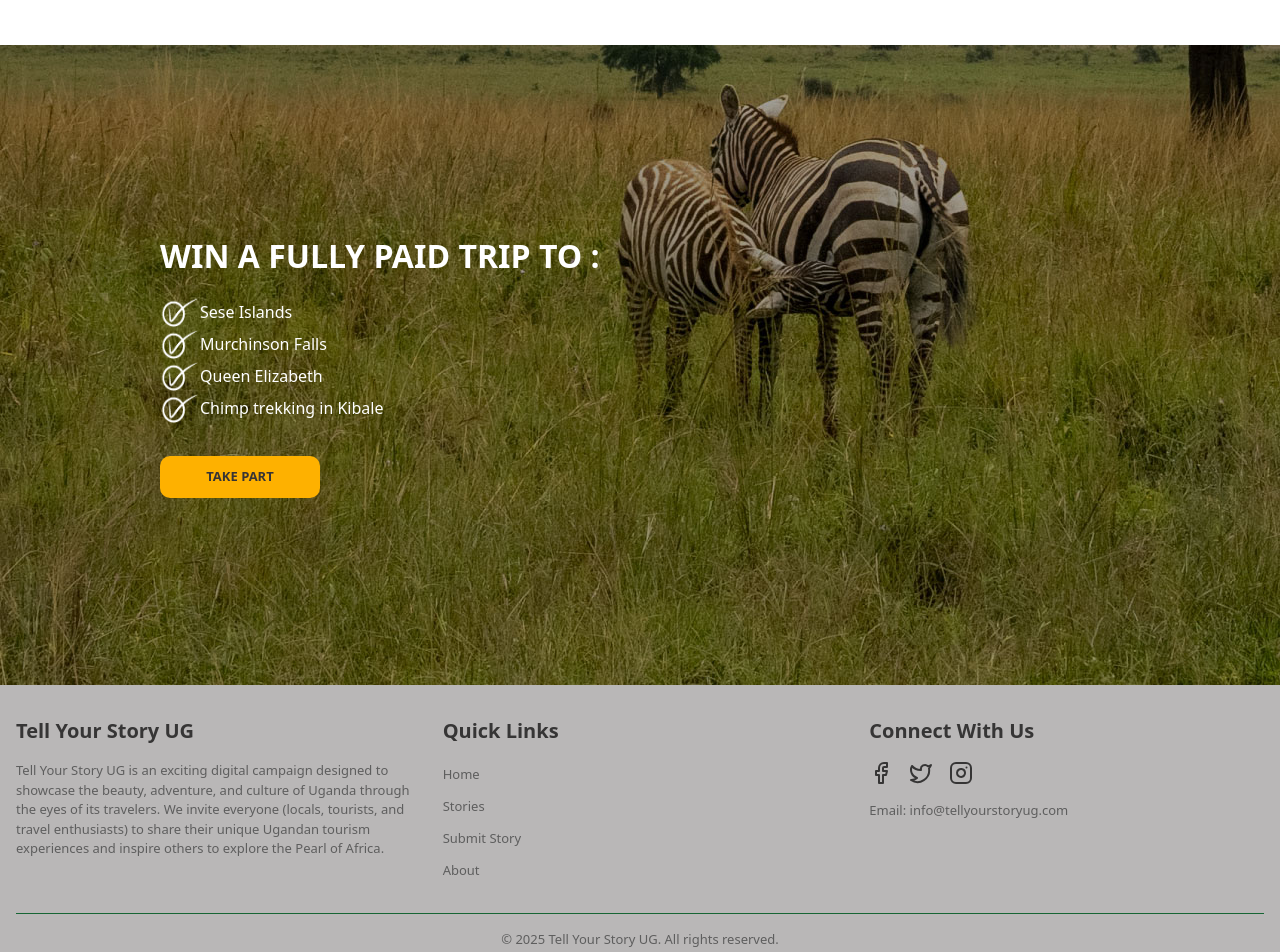
Repository: kaizoku010/take.part
Page: /
These files come from the project's save history. The page is drawn as it stood at one moment and after a run of saves; the edit follows.
The browser window is 1280 px wide. The pictures show the part of the page from y = 2606 to 3558 px (the page is 3588 px tall).
The pointer rests on the first visible `.take-part`.
Backgrounds fixed to the window are drawn as part of the page. The project was rebuilt for these pictures with package versions that can differ from the ones it lists, and the page was loaded fresh each time. Also part of the build but not shown: vite.config.ts, src/components/ui/tooltip.tsx, src/pages/About.tsx, src/components/ui/input.tsx, src/pages/Stories.tsx, src/pages/StoryDetail.tsx, src/components/ui/use-toast.ts, src/components/ui/label.tsx and 4 more.

Above is the page before, as saved 2025-04-14 15:38:02.

### index.html

<!DOCTYPE html>
<html lang="en">
  <head>
    <meta charset="UTF-8" />
    <meta name="viewport" content="width=device-width, initial-scale=1.0" />
    <title>TAKE PART</title>
    <meta name="description" content="Share your Ugandan tourism experiences and inspire others to explore the Pearl of Africa" />
    <meta name="author" content="muneza dixon" />

    <meta property="og:title" content="Tell Your Story UG - Explore Uganda" />
    <meta property="og:description" content="Share your Ugandan tourism experiences and inspire others to explore the Pearl of Africa" />

    <!-- Meta Pixel Code -->
    <script>
    !function(f,b,e,v,n,t,s)
    {if(f.fbq)return;n=f.fbq=function(){n.callMethod?
    n.callMethod.apply(n,arguments):n.queue.push(arguments)};
    if(!f._fbq)f._fbq=n;n.push=n;n.loaded=!0;n.version='2.0';
    n.queue=[];t=b.createElement(e);t.async=!0;
    t.src=v;s=b.getElementsByTagName(e)[0];
    s.parentNode.insertBefore(t,s)}(window, document,'script',
    'https://connect.facebook.net/en_US/fbevents.js');
    fbq('init', '1846327909352916');
    fbq('track', 'PageView');
    </script>
    <!-- End Meta Pixel Code -->
  </head>

  <body>
    <div id="root"></div>
    <!-- Facebook Pixel noscript -->
    <noscript><img height="1" width="1" style="display:none"
    src="https://www.facebook.com/tr?id=1846327909352916&ev=PageView&noscript=1"
    /></noscript>
    <!-- IMPORTANT: DO NOT REMOVE THIS SCRIPT TAG OR THIS VERY COMMENT! -->
    <script src="https://cdn.gpteng.co/gptengineer.js" type="module"></script>
    <script type="module" src="/src/main.tsx"></script>
  </body>
</html>

### src/App.tsx

import { Toaster } from "@/components/ui/toaster";
import { Toaster as Sonner } from "@/components/ui/sonner";
import { TooltipProvider } from "@/components/ui/tooltip";
import { QueryClient, QueryClientProvider } from "@tanstack/react-query";
import { BrowserRouter, Routes, Route } from "react-router-dom";
import Home from "./pages/Home";
import About from "./pages/About";
import Stories from "./pages/Stories";
import StoryDetail from "./pages/StoryDetail";
import SubmitStory from "./pages/SubmitStory";
import NotFound from "./pages/NotFound";
import "./mdx.css";
import "./mobile.css"

const queryClient = new QueryClient();

const App = () => (
  <QueryClientProvider client={queryClient}>
    <TooltipProvider>
      <Toaster />
      <Sonner />
      <BrowserRouter>
        <Routes>
          <Route path="/" element={<Home />} />
          <Route path="/about" element={<About />} />
          <Route path="/stories" element={<Stories />} />
          <Route path="/stories/:id" element={<StoryDetail />} />
          <Route path="/submit-story" element={<SubmitStory />} />
          {/* ADD ALL CUSTOM ROUTES ABOVE THE CATCH-ALL "*" ROUTE */}
          <Route path="*" element={<NotFound />} />
        </Routes>
      </BrowserRouter>
    </TooltipProvider>
  </QueryClientProvider>
);

export default App;

### src/index.css
@tailwind base;
@tailwind components;
@tailwind utilities;

@layer base {
  :root {
    --background: 0 0% 100%;
    --foreground: 222.2 84% 4.9%;

    --card: 0 0% 100%;
    --card-foreground: 222.2 84% 4.9%;

    --popover: 0 0% 100%;
    --popover-foreground: 222.2 84% 4.9%;

    /* Main Orange/Gold */
    --primary: 41.81 100% 49.8%;
    --primary-foreground: 210 40% 98%;

    /* Rust Red */
    --secondary: 5.38 63.88% 44.51%;
    --secondary-foreground: 210 40% 98%;

    /* Change accent to Rust Red */
    --accent: 5.38 63.88% 44.51%;
    --accent-foreground: 210 40% 98%;

    --muted: 210 40% 96.1%;
    --muted-foreground: 215.4 16.3% 46.9%;

    --destructive: 0 84.2% 60.2%;
    --destructive-foreground: 210 40% 98%;

    --border: 214.3 31.8% 91.4%;
    --input: 214.3 31.8% 91.4%;
    --ring: 5.38 63.88% 44.51%;  /* Changed to Rust Red */

    --radius: 0.5rem;

    --sidebar-background: 0 0% 98%;

    --sidebar-foreground: 240 5.3% 26.1%;

    --sidebar-primary: 240 5.9% 10%;

    --sidebar-primary-foreground: 0 0% 98%;

    --sidebar-accent: 240 4.8% 95.9%;

    --sidebar-accent-foreground: 240 5.9% 10%;

    --sidebar-border: 220 13% 91%;

    --sidebar-ring: 217.2 91.2% 59.8%;
  }

  .dark {
    --background: 222.2 84% 4.9%;
    --foreground: 210 40% 98%;

    --card: 222.2 84% 4.9%;
    --card-foreground: 210 40% 98%;

    --popover: 222.2 84% 4.9%;
    --popover-foreground: 210 40% 98%;

    /* Main Orange/Gold */
    --primary: 41.81 100% 49.8%;
    --primary-foreground: 210 40% 98%;

    /* Rust Red */
    --secondary: 5.38 63.88% 44.51%;
    --secondary-foreground: 210 40% 98%;

    /* Change accent to Rust Red */
    --accent: 5.38 63.88% 44.51%;
    --accent-foreground: 210 40% 98%;

    --muted: 217.2 32.6% 17.5%;
    --muted-foreground: 215 20.2% 65.1%;

    --destructive: 0 62.8% 30.6%;
    --destructive-foreground: 210 40% 98%;

    --border: 217.2 32.6% 17.5%;
    --input: 217.2 32.6% 17.5%;
    --ring: 5.38 63.88% 44.51%;  /* Changed to Rust Red */
    --sidebar-background: 240 5.9% 10%;
    --sidebar-foreground: 240 4.8% 95.9%;
    --sidebar-primary: 224.3 76.3% 48%;
    --sidebar-primary-foreground: 0 0% 100%;
    --sidebar-accent: 240 3.7% 15.9%;
    --sidebar-accent-foreground: 240 4.8% 95.9%;
    --sidebar-border: 240 3.7% 15.9%;
    --sidebar-ring: 217.2 91.2% 59.8%;
  }
}

@layer base {
  * {
    @apply border-border;
  }

  body {
    @apply bg-background text-foreground;
  }
}

### src/components/ui/toaster.tsx
import { useToast } from "@/hooks/use-toast"
import {
  Toast,
  ToastClose,
  ToastDescription,
  ToastProvider,
  ToastTitle,
  ToastViewport,
} from "@/components/ui/toast"

export function Toaster() {
  const { toasts } = useToast()

  return (
    <ToastProvider>
      {toasts.map(function ({ id, title, description, action, ...props }) {
        return (
          <Toast key={id} {...props}>
            <div className="grid gap-1">
              {title && <ToastTitle>{title}</ToastTitle>}
              {description && (
                <ToastDescription>{description}</ToastDescription>
              )}
            </div>
            {action}
            <ToastClose />
          </Toast>
        )
      })}
      <ToastViewport />
    </ToastProvider>
  )
}

### src/components/ui/sonner.tsx
import { useTheme } from "next-themes"
import { Toaster as Sonner, toast } from "sonner"

type ToasterProps = React.ComponentProps<typeof Sonner>

const Toaster = ({ ...props }: ToasterProps) => {
  const { theme = "system" } = useTheme()

  return (
    <Sonner
      theme={theme as ToasterProps["theme"]}
      className="toaster group"
      toastOptions={{
        classNames: {
          toast:
            "group toast group-[.toaster]:bg-background group-[.toaster]:text-foreground group-[.toaster]:border-border group-[.toaster]:shadow-lg",
          description: "group-[.toast]:text-muted-foreground",
          actionButton:
            "group-[.toast]:bg-primary group-[.toast]:text-primary-foreground",
          cancelButton:
            "group-[.toast]:bg-muted group-[.toast]:text-muted-foreground",
        },
      }}
      {...props}
    />
  )
}

export { Toaster, toast }

### src/mdx.css
/* #hero-text{
    font-size: medium !important;
} */

#logo{
    width: 6rem !important;
}

#link{
    font-weight: 500;
color:rgba(0, 0, 0, 0.658) !important;
}


.bg-green-800{
    background-color: #ba3629 !important;
}

.bg-yellow-800{
    background-color: rgb(254, 177, 0) !important;
}

.bg-green-900 {
    color: rgb(54, 53, 53) !important;
background-color: rgb(185, 183, 183) !important;
}


.text-green-800 {
    --tw-text-opacity: 1;
    color: rgb(43 49 45) !important;
}


.text-gray-hound{
    font-size: small;
    color: rgb(94, 94, 94) !important;
}


#carousel-section{
    padding-top: 5rem;
    padding-bottom: 5rem;
    background-color: #feb100 !important;
}

.bg-background {
    background-color: #212120 !important;
}

#prizes-section{
    height: 40rem !important;
    display: flex;
    padding-left: 10rem;
    background-position: bottom;
    background-attachment: fixed;
    width: 100%;
    background-image: url("../src/media/zebs.jpg");
}


.content-prizes{
display: flex;
/* background-color: red; */
width: 100%;
flex-direction: column;
justify-content: center;
}

.content-prizes-2{
display: flex;
background-color: transparent;
width: 100%;
flex-direction: column;
}

.win-title{

    font-weight: 800;
    font-size: 2rem;
    margin-bottom: 1rem;
    color: white;
}

.prize{
    display: flex;

    /* margin-bottom: 1rem; */
    font-weight: 200;
    /* font-size: 2rem; */
    align-items: center;
    color: white;
}

.prize img{
    width: 2.5rem;
    height: 2rem;
}


.take-part{
    background-color: #feb100;
    color: rgb(54, 52, 52);
    padding: 0.7rem;
    margin-top: 2rem;
    width: 10rem;
    font-weight: bold;
    font-size: small;
    border-radius: 10px;

}

.take-part:hover{
    color
background-color: #ba3629 !important;
}

### src/components/ui/button.tsx
import * as React from "react"
import { Slot } from "@radix-ui/react-slot"
import { cva, type VariantProps } from "class-variance-authority"

import { cn } from "@/lib/utils"

const buttonVariants = cva(
  "inline-flex items-center justify-center gap-2 whitespace-nowrap rounded-md text-sm font-medium ring-offset-background transition-colors focus-visible:outline-none focus-visible:ring-2 focus-visible:ring-ring focus-visible:ring-offset-2 disabled:pointer-events-none disabled:opacity-50 [&_svg]:pointer-events-none [&_svg]:size-4 [&_svg]:shrink-0",
  {
    variants: {
      variant: {
        default: "bg-primary text-primary-foreground hover:bg-primary/90",
        destructive:
          "bg-destructive text-destructive-foreground hover:bg-destructive/90",
        outline:
          "border border-input bg-background hover:bg-accent hover:text-accent-foreground",
        secondary:
          "bg-secondary text-secondary-foreground hover:bg-secondary/80",
        ghost: "hover:bg-accent hover:text-accent-foreground",
        link: "text-primary underline-offset-4 hover:underline",
      },
      size: {
        default: "h-10 px-4 py-2",
        sm: "h-9 rounded-md px-3",
        lg: "h-11 rounded-md px-8",
        icon: "h-10 w-10",
      },
    },
    defaultVariants: {
      variant: "default",
      size: "default",
    },
  }
)

export interface ButtonProps
  extends React.ButtonHTMLAttributes<HTMLButtonElement>,
    VariantProps<typeof buttonVariants> {
  asChild?: boolean
}

const Button = React.forwardRef<HTMLButtonElement, ButtonProps>(
  ({ className, variant, size, asChild = false, ...props }, ref) => {
    const Comp = asChild ? Slot : "button"
    return (
      <Comp
        className={cn(buttonVariants({ variant, size, className }))}
        ref={ref}
        {...props}
      />
    )
  }
)
Button.displayName = "Button"

export { Button, buttonVariants }

### src/components/ui/card.tsx
import * as React from "react"

import { cn } from "@/lib/utils"

const Card = React.forwardRef<
  HTMLDivElement,
  React.HTMLAttributes<HTMLDivElement>
>(({ className, ...props }, ref) => (
  <div
    ref={ref}
    className={cn(
      "rounded-lg border bg-card text-card-foreground shadow-sm",
      className
    )}
    {...props}
  />
))
Card.displayName = "Card"

const CardHeader = React.forwardRef<
  HTMLDivElement,
  React.HTMLAttributes<HTMLDivElement>
>(({ className, ...props }, ref) => (
  <div
    ref={ref}
    className={cn("flex flex-col space-y-1.5 p-6", className)}
    {...props}
  />
))
CardHeader.displayName = "CardHeader"

const CardTitle = React.forwardRef<
  HTMLParagraphElement,
  React.HTMLAttributes<HTMLHeadingElement>
>(({ className, ...props }, ref) => (
  <h3
    ref={ref}
    className={cn(
      "text-2xl font-semibold leading-none tracking-tight",
      className
    )}
    {...props}
  />
))
CardTitle.displayName = "CardTitle"

const CardDescription = React.forwardRef<
  HTMLParagraphElement,
  React.HTMLAttributes<HTMLParagraphElement>
>(({ className, ...props }, ref) => (
  <p
    ref={ref}
    className={cn("text-sm text-muted-foreground", className)}
    {...props}
  />
))
CardDescription.displayName = "CardDescription"

const CardContent = React.forwardRef<
  HTMLDivElement,
  React.HTMLAttributes<HTMLDivElement>
>(({ className, ...props }, ref) => (
  <div ref={ref} className={cn("p-6 pt-0", className)} {...props} />
))
CardContent.displayName = "CardContent"

const CardFooter = React.forwardRef<
  HTMLDivElement,
  React.HTMLAttributes<HTMLDivElement>
>(({ className, ...props }, ref) => (
  <div
    ref={ref}
    className={cn("flex items-center p-6 pt-0", className)}
    {...props}
  />
))
CardFooter.displayName = "CardFooter"

export { Card, CardHeader, CardFooter, CardTitle, CardDescription, CardContent }

### src/components/layout/Layout.tsx

import { ReactNode } from "react";
import Header from "./Header";
import Footer from "./Footer";

interface LayoutProps {
  children: ReactNode;
}

const Layout = ({ children }: LayoutProps) => {
  return (
    <div className="flex flex-col min-h-screen">
      <Header />
      <main className="flex-grow">
        {children}
      </main>
      <Footer />
    </div>
  );
};

export default Layout;

### src/components/layout/Header.tsx

import { useState } from "react";
import { Menu, X } from "lucide-react";
import { Link } from "react-router-dom";
import Logo from "../../media/logo.png";

const Header = () => {
  const [isMenuOpen, setIsMenuOpen] = useState(false);

  const toggleMenu = () => {
    setIsMenuOpen(!isMenuOpen);
  };

  return (
    <header className="text-white shadow-md">
      <div className="container mx-auto px-4">
        <div className="flex justify-between items-center">
          <Link to="/" className="text-2xl font-bold flex items-center gap-2">
            <img id="logo" src={Logo} alt="Logo" />
            {/* <span className="text-white">Tell Your Story</span> */}
          </Link>

          {/* Desktop Navigation */}
          <nav className="hidden md:flex space-x-8">
            <Link to="/" id="link" className="hover:text-yellow-400 transition-colors">Home</Link>
            <Link to="/stories" id="link" className="hover:text-yellow-400 transition-colors">Stories</Link>
            <Link to="/submit-story" id="link" className="hover:text-yellow-400 transition-colors">Submit Story</Link>
            <Link to="/about" id="link" className="hover:text-yellow-400 transition-colors">About</Link>
          </nav>

          {/* Mobile Menu Button */}
          <button
            onClick={toggleMenu}
            className="md:hidden text-white focus:outline-none"
          >
            {isMenuOpen ? <X size={24} /> : <Menu size={24} />}
          </button>
        </div>

        {/* Mobile Navigation */}
        {isMenuOpen && (
          <nav className="md:hidden pt-4 pb-2">
            <div className="flex flex-col space-y-3">
              <Link
                to="/"
                id="link"
                className="hover:text-yellow-400 transition-colors py-2"
                onClick={() => setIsMenuOpen(false)}
              >
                Home
              </Link>
              <Link
                to="/stories"
                id="link"
                className="hover:text-yellow-400 transition-colors py-2"
                onClick={() => setIsMenuOpen(false)}
              >
                Stories
              </Link>
              <Link
                to="/submit-story"
                id="link"
                className="hover:text-yellow-400 transition-colors py-2"
                onClick={() => setIsMenuOpen(false)}
              >
                Submit Story
              </Link>
              <Link
                to="/about"
                id="link"
                className="hover:text-yellow-400 transition-colors py-2"
                onClick={() => setIsMenuOpen(false)}
              >
                About
              </Link>
            </div>
          </nav>
        )}
      </div>
    </header>
  );
};

export default Header;

### src/components/layout/Footer.tsx

import { Facebook, Instagram, Twitter } from "lucide-react";
import { Link } from "react-router-dom";

const Footer = () => {
  return (
    <footer className="bg-green-900 text-white py-8">
      <div className="container mx-auto px-4">
        <div className="grid grid-cols-1 md:grid-cols-3 gap-8">
          <div>
            <h3 className="text-xl font-bold mb-4">Tell Your Story UG</h3>
            <p className="text-gray-300 text-gray-hound">
            Tell Your Story UG is an exciting digital campaign designed to showcase the beauty, adventure, and culture of Uganda through the eyes of its travelers. We invite everyone (locals, tourists, and travel enthusiasts) to share their unique Ugandan tourism experiences and inspire others to explore the Pearl of Africa.
                        </p>
          </div>

          <div>
            <h3 className="text-xl font-bold mb-4">Quick Links</h3>
            <ul className="space-y-2">
              <li><Link to="/" className="text-gray-hound text-gray-300 hover:text-yellow-400 transition-colors">Home</Link></li>
              <li><Link to="/stories" className="text-gray-hound text-gray-300 hover:text-yellow-400 transition-colors">Stories</Link></li>
              <li><Link to="/submit-story" className="text-gray-hound text-gray-300 hover:text-yellow-400 transition-colors">Submit Story</Link></li>
              <li><Link to="/about" className="text-gray-hound text-gray-300 hover:text-yellow-400 transition-colors">About</Link></li>
            </ul>
          </div>

          <div>
            <h3 className="text-xl font-bold mb-4">Connect With Us</h3>
            <div className="flex space-x-4">
              <a href="https://facebook.com" target="_blank" rel="noopener noreferrer" className="hover:text-yellow-400 transition-colors">
                <Facebook size={24} />
              </a>
              <a href="https://twitter.com" target="_blank" rel="noopener noreferrer" className="hover:text-yellow-400 transition-colors">
                <Twitter size={24} />
              </a>
              <a href="https://instagram.com" target="_blank" rel="noopener noreferrer" className="hover:text-yellow-400 transition-colors">
                <Instagram size={24} />
              </a>
            </div>
            <p className="mt-4 text-gray-300 text-gray-hound">
              Email: <a href="mailto:info@tellyourstoryug.com" className="text-gray-hound hover:text-yellow-400 transition-colors">info@tellyourstoryug.com</a>
            </p>
          </div>
        </div>

        <div className="mt-8 pt-4 border-t border-green-800 text-center text-gray-300 text-gray-hound">
          <p>&copy; {new Date().getFullYear()} Tell Your Story UG. All rights reserved.</p>
        </div>
      </div>
    </footer>
  );
};

export default Footer;

### tailwind.config.ts
import type { Config } from "tailwindcss";

export default {
	darkMode: ["class"],
	content: [
		"./pages/**/*.{ts,tsx}",
		"./components/**/*.{ts,tsx}",
		"./app/**/*.{ts,tsx}",
		"./src/**/*.{ts,tsx}",
	],
	prefix: "",
	theme: {
		container: {
			center: true,
			padding: '2rem',
			screens: {
				'2xl': '1400px'
			}
		},
		extend: {
			colors: {
				main: 'hsl(41.81, 100%, 49.8%)',    // Orange/Gold
				accent: 'hsl(5.38, 63.88%, 44.51%)', // Rust Red
				border: 'hsl(var(--border))',
				input: 'hsl(var(--input))',
				ring: 'hsl(var(--ring))',
				background: 'hsl(var(--background))',
				foreground: 'hsl(var(--foreground))',
				primary: {
					DEFAULT: 'hsl(var(--primary))',
					foreground: 'hsl(var(--primary-foreground))'
				},
				secondary: {
					DEFAULT: 'hsl(var(--secondary))',
					foreground: 'hsl(var(--secondary-foreground))'
				},
				destructive: {
					DEFAULT: 'hsl(var(--destructive))',
					foreground: 'hsl(var(--destructive-foreground))'
				},
				muted: {
					DEFAULT: 'hsl(var(--muted))',
					foreground: 'hsl(var(--muted-foreground))'
				},
				// accent: {
				// 	DEFAULT: 'hsl(var(--accent))',
				// 	foreground: 'hsl(var(--accent-foreground))'
				// },
				popover: {
					DEFAULT: 'hsl(var(--popover))',
					foreground: 'hsl(var(--popover-foreground))'
				},
				card: {
					DEFAULT: 'hsl(var(--card))',
					foreground: 'hsl(var(--card-foreground))'
				},
				sidebar: {
					DEFAULT: 'hsl(var(--sidebar-background))',
					foreground: 'hsl(var(--sidebar-foreground))',
					primary: 'hsl(var(--sidebar-primary))',
					'primary-foreground': 'hsl(var(--sidebar-primary-foreground))',
					accent: 'hsl(var(--sidebar-accent))',
					'accent-foreground': 'hsl(var(--sidebar-accent-foreground))',
					border: 'hsl(var(--sidebar-border))',
					ring: 'hsl(var(--sidebar-ring))'
				}
			},
			borderRadius: {
				lg: 'var(--radius)',
				md: 'calc(var(--radius) - 2px)',
				sm: 'calc(var(--radius) - 4px)'
			},
			keyframes: {
				'accordion-down': {
					from: {
						height: '0'
					},
					to: {
						height: 'var(--radix-accordion-content-height)'
					}
				},
				'accordion-up': {
					from: {
						height: 'var(--radix-accordion-content-height)'
					},
					to: {
						height: '0'
					}
				}
			},
			animation: {
				'accordion-down': 'accordion-down 0.2s ease-out',
				'accordion-up': 'accordion-up 0.2s ease-out'
			}
		}
	},
	plugins: [require("tailwindcss-animate")],
} satisfies Config;

Loaded but not shown: src/main.tsx (common file); src/hooks/use-toast.ts (common file); src/lib/utils.ts (common file); src/pages/Home.tsx (261 lines, source omitted); src/components/ui/carousel.tsx (260 lines, source omitted); src/components/ui/toast.tsx (127 lines, source omitted); src/mobile.css (no copy from this time; the picture is the same without it)

After the next 2 saves:
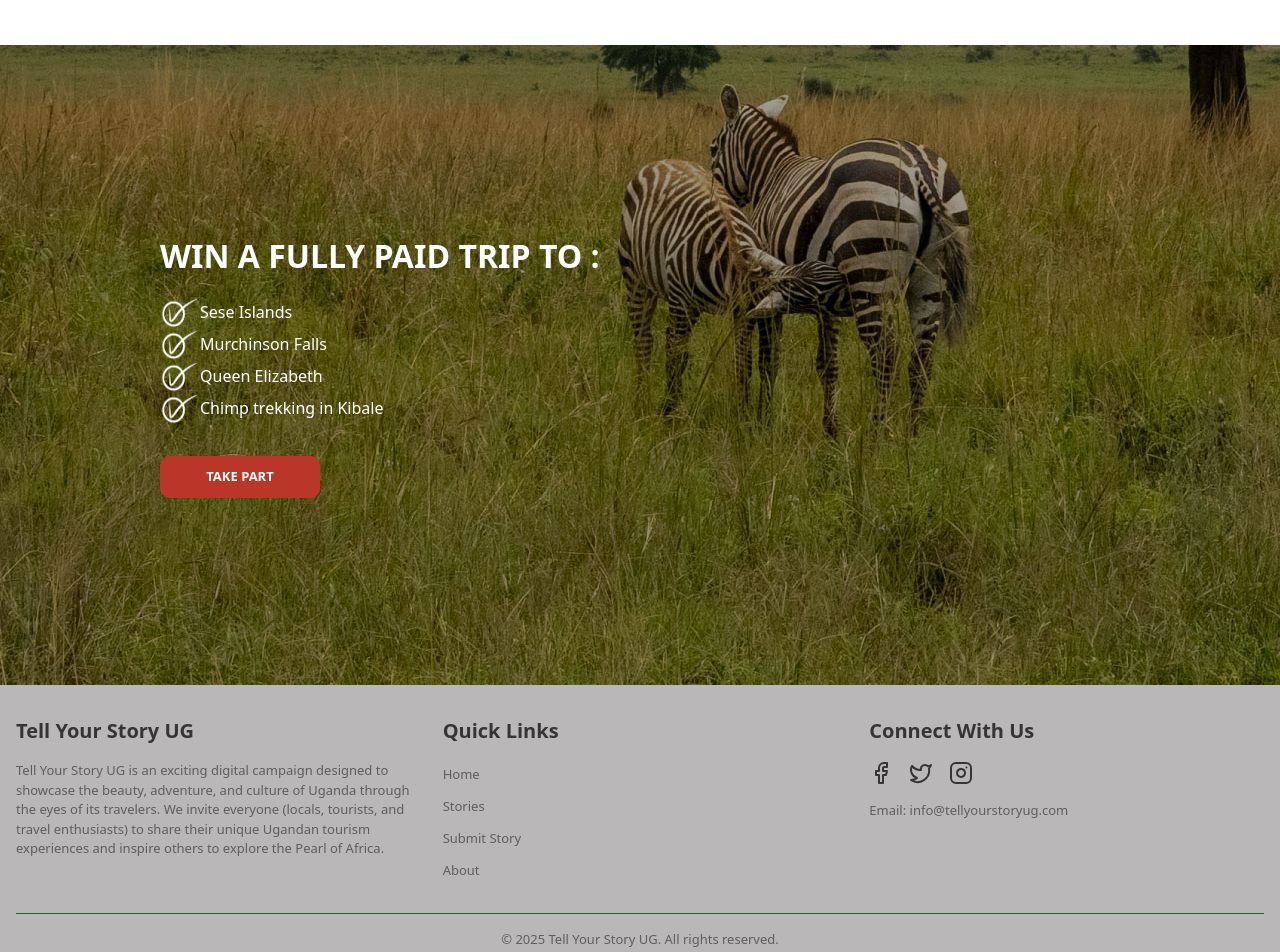
The 2 saves are shown as one change because they came seconds apart.
The last was saved 6 s later.
--- a/src/mdx.css
+++ b/src/mdx.css
@@ -111,6 +111,6 @@ flex-direction: column;
 }
 
 .take-part:hover{
-    color
+    color: white !important;
 background-color: #ba3629 !important;
 }
